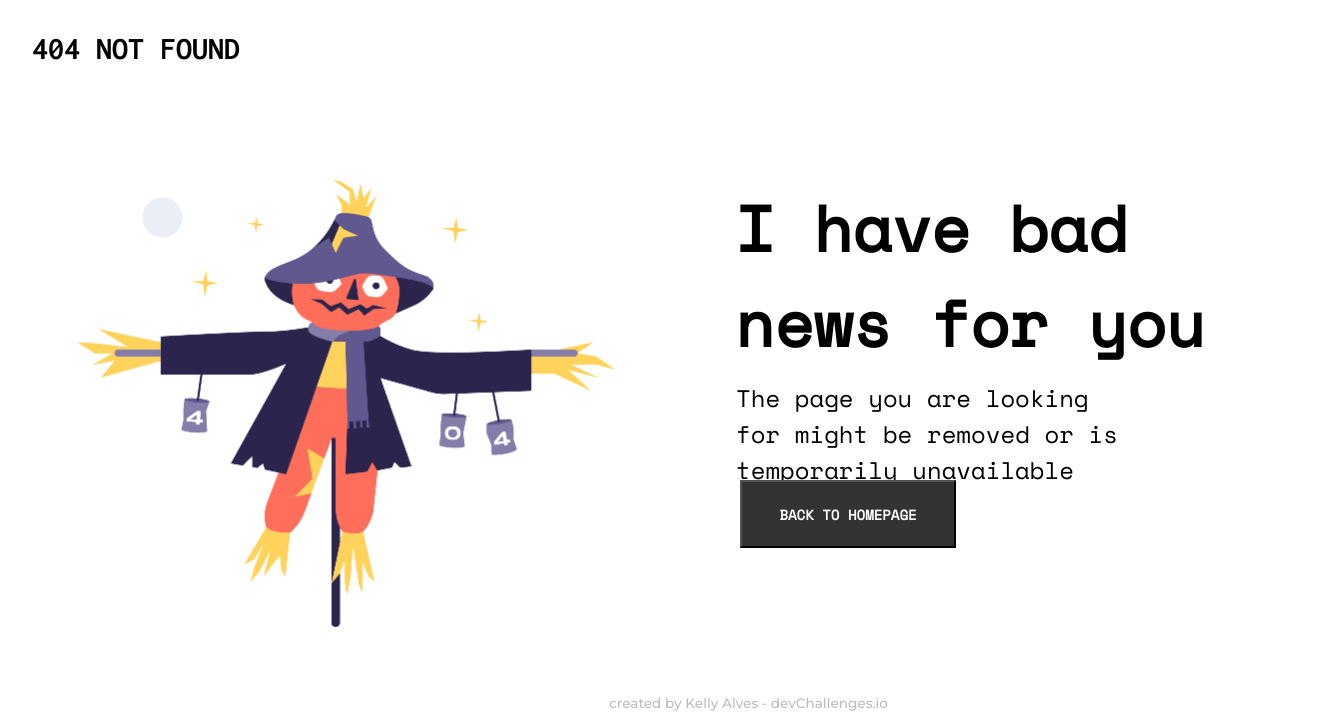
Repository: kellyalves87/404_not_found
Page: index.html
An editor plug-in stored every save of this project. The page is shown before and after the next save, followed by the edit.
The browser window is 1280 px wide. The page is 1321 px wide, so the pictures cover 1321 px, including what lies to the right of the window. The pictures show the whole page.

Above is the page before, as saved 2021-05-16 17:16:08.

### index.html
<!DOCTYPE html>
<html lang="en">

<head>
  <meta charset="utf-8" />
  <meta name="viewport" content="width=device-width, initial-scale=1,
  maximum-scale=5" />
  <link rel="icon" href="./assets/devchallenges.png" />
  <link rel="shortcut icon" type="image/x-icon" href="https://devchallenges.io/" />
  <link rel="preconnect" href="https://fonts.gstatic.com">
<link href="https://fonts.googleapis.com/css2?family=Inconsolata:wght@700&family=Montserrat:wght@500&family=Space+Mono:ital,wght@0,400;1,700&display=swap" rel="stylesheet">
  <link rel="stylesheet" href="./style/index.css">
  <link rel="stylesheet" href="./style/reset.css">
  <title>Devchallenges</title>
</head>

<header class="header">
  <h1>404 not found</h1>
</header>

<body>
  <section class="content">
    <img src="./assets/Scarecrow.png" alt="straw man">
    <h1>I have bad news for you</h1>
    <p>The page you are looking for might be removed or is temporarily unavailable</p>
  </section>
  <div class="button">
    <button type="button">back to homepage</button>
  </div>
    <footer class="footer">
      <a href="https://github.com/kellyalves87">created by Kelly Alves - <a href="https://devchallenges.io/">devChallenges.io</a>
    </footer>
</body>

</html>

### style/index.css
/*Desktop*/
.header h1 {
  font-family: Inconsolata, sans-serif;
  font-style: normal;
  font-weight: bold;
  text-transform: uppercase;
}

.content img {
  position: absolute;
  height: 447.4263916015625px;
  width: 539.2236938476562px;
  left: 77px;
  top: 150px;
  border-radius: 0px;
}

.header,
.content,
.button,
.footer {
  margin: 2rem;
}

.content h1,
p,
button {
  font-family: Space Mono, sans-serif;
}

.content h1,
button {
  font-weight: 700;
}

.content h1 {
  font-size: 4rem;
  font-weight: 700;
  width: 586px;
  height: 190px;
  left: 735px;
  top: 150px;
  position: absolute;
}

.content p {
  font-size: 1.5rem;
  font-weight: 400;
  position: absolute;
  width: 384px;
  height: 108px;
  left: 736px;
  top: 350px;
}

button {
  color: #ffffff;
  cursor: pointer;
  background-color: #333333;
  font-size: 14px;
  position: absolute;
  width: 216px;
  height: 68px;
  left: 740px;
  top: 480px;
  text-transform: uppercase;
}

.footer {
  font-size: 0.85rem;
  position: absolute;
  width: 287px;
  height: 17px;
  left: 577px;
  top: 663px;
}

.footer a {
  color: #bdbdbd;
  font-family: Montserrat, sans-serif;
  text-decoration: none;
}

/* Mobile */
@media only screen and (max-width: 414px) {
  body {
    display: flex;
    flex-direction: column;
  }

  .header h1 {
    font-family: inconsolata, sans-serif;
    font-size: 1rem;
    text-transform: uppercase;
  }

  .content img {
    height: 220.000015px;
    width: 250.829834px;
    left: 44px;
    top: 80px;
    border-radius: 0px;
  }

  .header,
  .content,
  .button,
  .footer {
    margin: 1rem;
  }

  .content h1,
  p,
  button {
    font-family: Space Mono, sans-serif;
    position: absolute;
  }

  .content h1,
  button {
    font-weight: 700;
  }

  .content h1 {
    font-size: 2.5rem;
    letter-spacing: -0.035em;
    width: 344px;
    height: 142px;
    left: 24px;
    top: 325px;
  }

  .content p {
    font-size: 1.125rem;
    font-weight: 400;
    letter-spacing: -0.035em;
    width: 328px;
    height: 81px;
    left: 23px;
    top: 450px;
  }

  button {
    color: #ffffff;
    cursor: pointer;
    background-color: #333333;
    font-size: 0.875rem;
    width: 180px;
    height: 60px;
    left: 24px;
    top: 540px;
    text-transform: uppercase;
  }

  .footer {
    font-size: 0.85rem;
    left: 18px;
    top: 610px;
  }
  .footer a {
    color: #bdbdbd;
    font-family: Montserrat, sans-serif;
    text-decoration: none;
  }
}

/*Tablet*/

@media only screen and (min-width: 768px) {
  .header h1 {
    font-family: Inconsolata, sans-serif;
    font-style: normal;
    font-weight: bold;
    text-transform: uppercase;
  }

  .content img {
    position: absolute;
    height: 447.4263916015625px;
    width: 539.2236938476562px;
    left: 77px;
    top: 180px;
    border-radius: 0px;
  }

  .header,
  .content,
  .button,
  .footer {
    margin: 2rem;
  }

  .content h1,
  p,
  button {
    font-family: Space Mono, sans-serif;
  }

  .content h1,
  button {
    font-weight: 700;
  }

  .content h1 {
    top: 180px;
  }

  .content p {
    top: 380px;
  }

  button {
    color: #ffffff;
    cursor: pointer;
    background-color: #333333;
    font-size: 14px;
    position: absolute;
    width: 216px;
    height: 68px;
    left: 740px;
    top: 480px;
    text-transform: uppercase;
  }

  .footer {
    font-size: 0.85rem;
    position: absolute;
    width: 287px;
    height: 17px;
    left: 577px;
    top: 663px;
  }

  .footer a {
    color: #bdbdbd;
    font-family: Montserrat, sans-serif;
    text-decoration: none;
  }
}

Loaded but not shown: style/reset.css (common file)

After the next save:
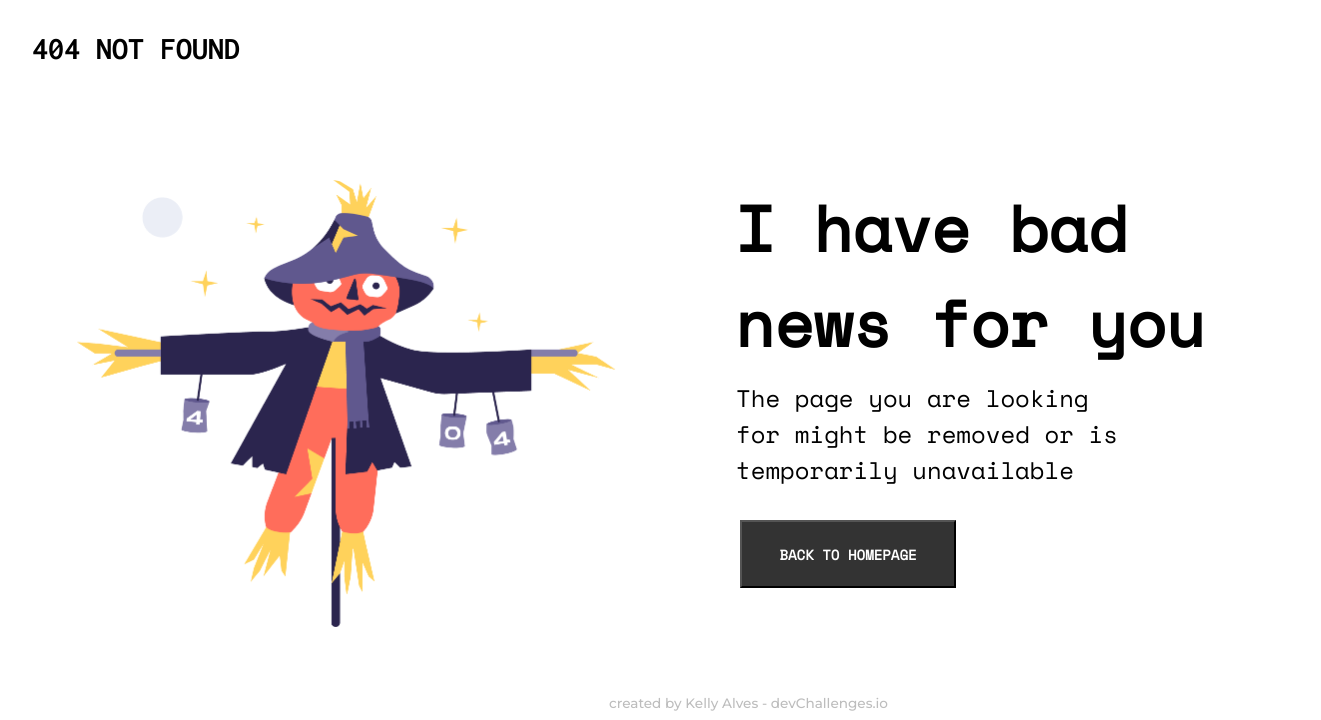
Saved 29 s later.
--- a/style/index.css
+++ b/style/index.css
@@ -218,7 +218,7 @@ button {
     width: 216px;
     height: 68px;
     left: 740px;
-    top: 480px;
+    top: 520px;
     text-transform: uppercase;
   }
 
